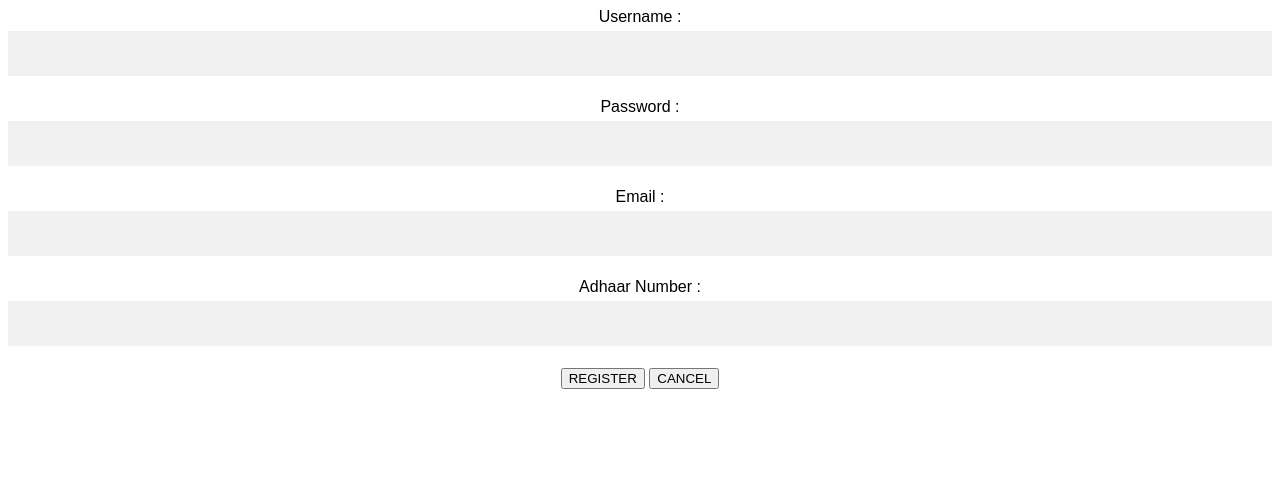
Repository: jchowdapurkar/Java-Project
Page: http://localhost/Registration/registration.jsp
The author's editor kept a copy of each file at every save. The page is drawn from the files as they stood at one save, then again after the next save.
The browser window is 1280 px wide. The pictures show the whole page.
The page is served by Tomcat 9. Other server files are loaded and not shown.

Above is the page before, as saved 2018-07-16 18:15:51.

### Task Jsp/Registration/WebContent/registration.jsp
<%@ page language="java" contentType="text/html; charset=ISO-8859-1"
    pageEncoding="ISO-8859-1"%>
<!DOCTYPE html PUBLIC "-//W3C//DTD HTML 4.01 Transitional//EN" "http://www.w3.org/TR/html4/loose.dtd">
<html>
<style>
body {font-family: Arial, Helvetica, sans-serif;}
* {box-sizing: border-box}

/* Full-width input fields */
input[type=text], input[type=password],input[type=email] {
    width: 100%;
    padding: 15px;
    margin: 5px 0 22px 0;
    display: inline-block;
    border: none;
    background: #f1f1f1;
}


input[type=text]:focus, input[type=password]:focus, input[type=email]:focus {
    background-color: #ffff;
    outline: none;
}

hr {
    border: 1px solid #f1f1f1;
    margin-bottom: 25px;
}

/* Set a style for all buttons */
button {
    background-color: yellow;
    color: white;
    padding: 14px 20px;
    margin: 8px 0;
    border: none;
    cursor: pointer;
    width: 10%;
    opacity: 0.9;
}

button:hover {
    opacity:0.5;
}

/* Extra styles for the cancel button */
.cancelbtn {
    padding: 14px 20px;
    background-color: #f44336;
}

/* Float cancel and signup buttons and add an equal width */
.cancelbtn, .signupbtn {
  float: left;
  width: 50%;
}

// Add padding to container elements //
.container {
    padding: 16px;
}

/* Clear floats */
.clearfix::after {
    content: "";
    clear: both;
    display: table;
}

/* Change styles for cancel button and signup button on extra small screens */
@media screen and (max-width: 50px) {
    .cancelbtn, .signupbtn {
       width: 10%;
    }
}
</style>
<head>
<meta http-equiv="Content-Type" content="text/html; charset=ISO-8859-1">
<title>Sign Up</title>
</head>
<body>
<div align="center">
<form action = "Registration" method ="post">
Username : <input type ="text" name = "username" required="required">
Password : <input type ="password" name = "password"  required="required">
Email : <input type ="Email" name = "email" required="required">
Adhaar Number : <input type ="text" name="adhaar"  required ="required">
<input type = "submit" value = "REGISTER">
<input type = "submit" value = "CANCEL">



</form>
</div>

</body>
</html>

After the next save:
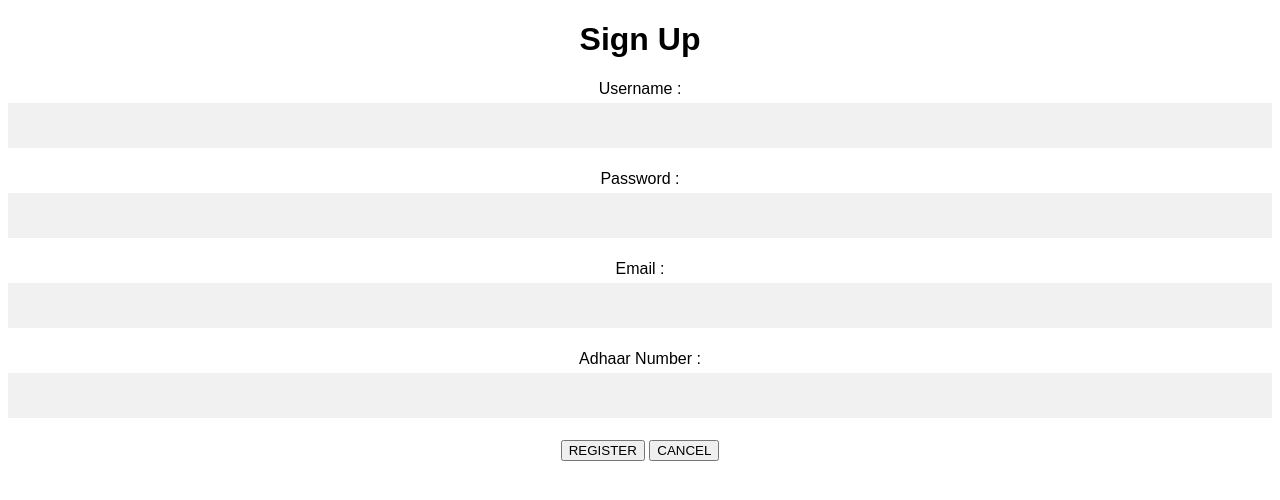
Saved 109 s later.
--- a/Task Jsp/Registration/WebContent/registration.jsp
+++ b/Task Jsp/Registration/WebContent/registration.jsp
@@ -81,6 +81,7 @@ button:hover {
 <body>
 <div align="center">
 <form action = "Registration" method ="post">
+<h1>Sign Up</h1>
 Username : <input type ="text" name = "username" required="required">
 Password : <input type ="password" name = "password"  required="required">
 Email : <input type ="Email" name = "email" required="required">
